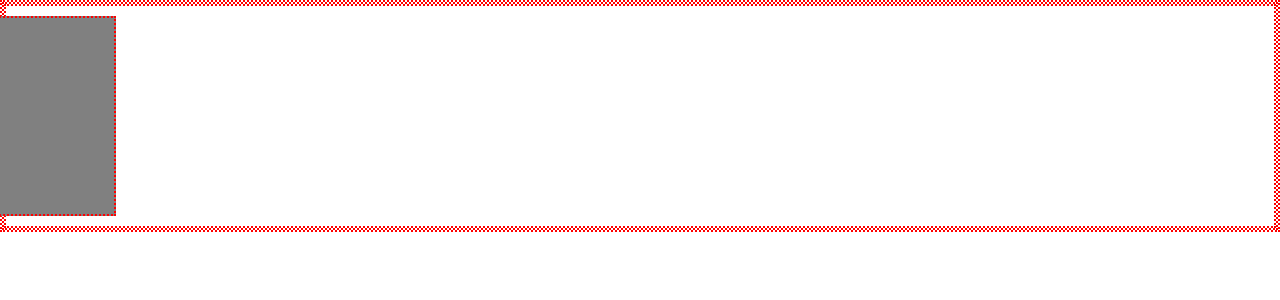
Repository: LavriaNeptune/css-basic
Page: position/left.html
These files come from the project's save history. The page is drawn as it stood at one moment and after the next save; the edit follows.
The browser window is 1280 px wide. The pictures show the whole page.

Above is the page before, as saved 2022-08-19 20:00:18.

After the next save:
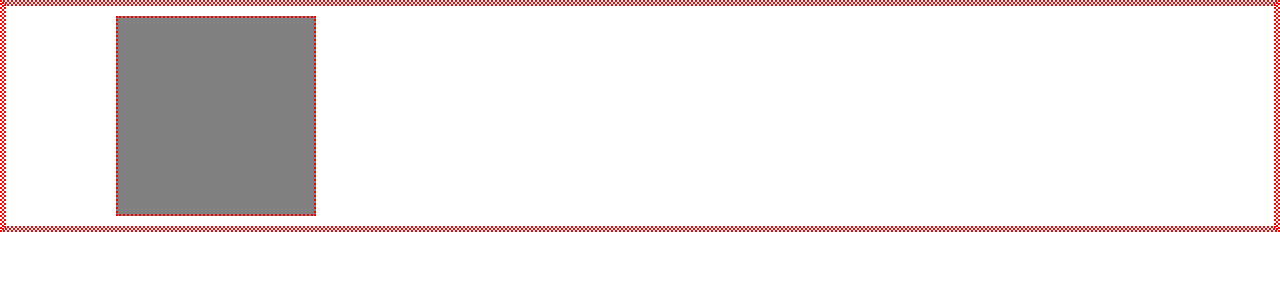
Saved 65 s later.
--- a/position/left.html
+++ b/position/left.html
@@ -20,7 +20,7 @@
 
         position: relative;
 
-        left: -100px;
+        left: 100px;
       }
     </style>
   </head>
